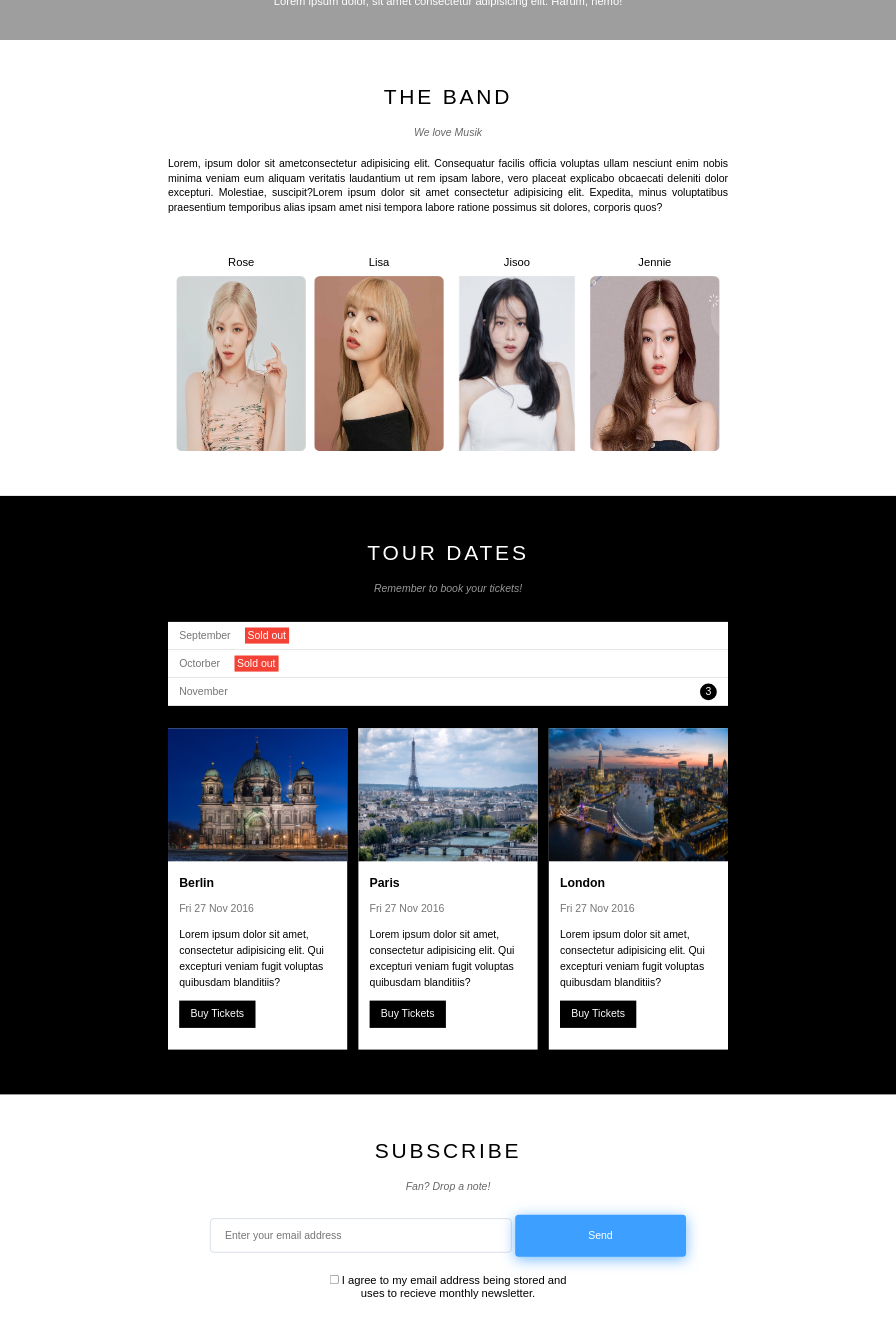
Repository: AiTrinh303/First-Project
Page: /
The author's editor kept a copy of each file at every save. The page is drawn from the files as they stood at one save, then again after the next save.
The browser window is 1280 px wide. The pictures show the part of the page from y = 629 to 2549 px (the page is 2549 px tall before and 2544 px after), at 70% of full size.
Pictures or frames that could not be fetched are drawn as grey boxes. The project was rebuilt for these pictures with package versions that can differ from the ones it lists, and the page was loaded fresh each time.

Above is the page before, as saved 2024-01-23 10:14:44.

After the next save:
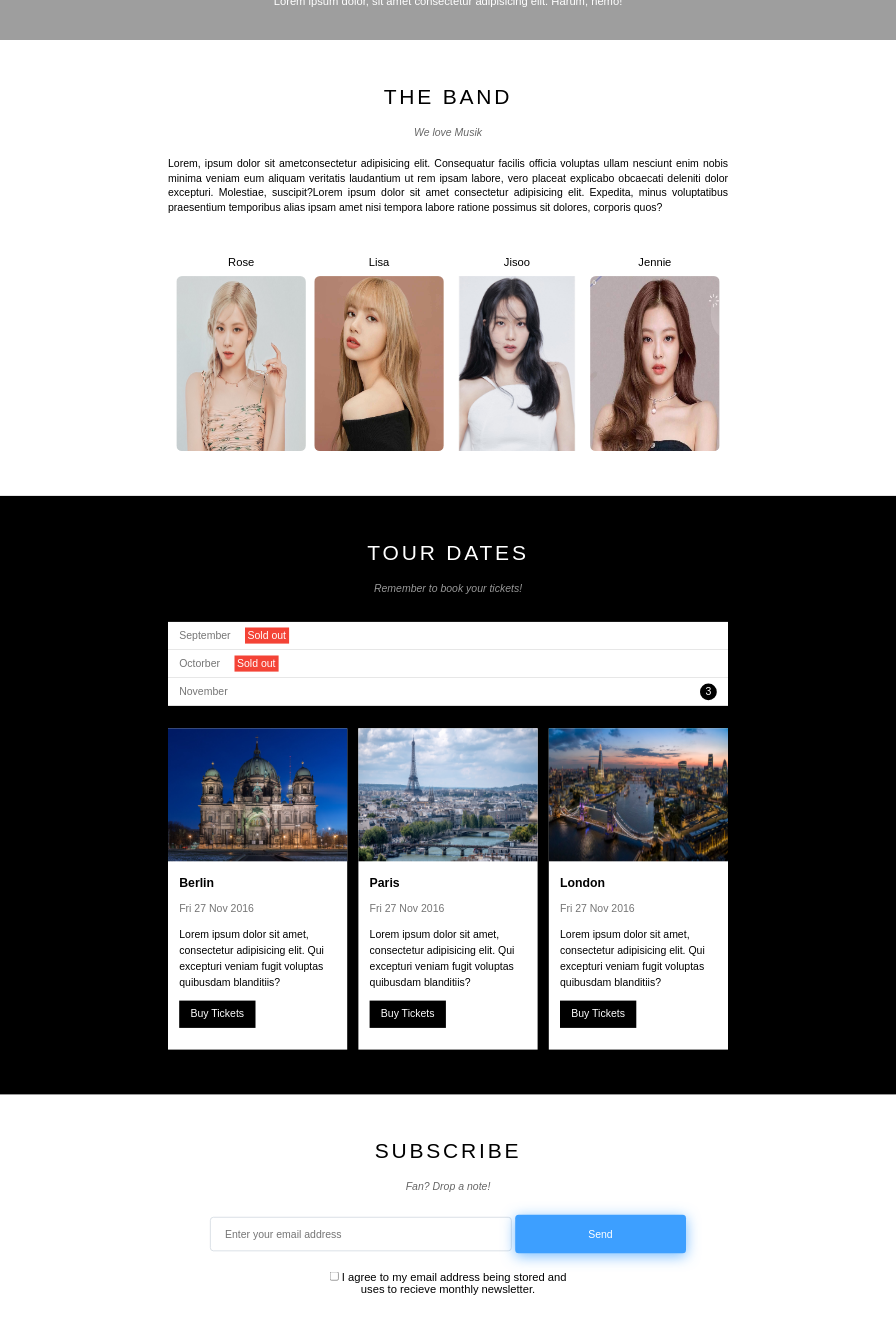
Saved 4 s later.
--- a/src/styles/main.css
+++ b/src/styles/main.css
@@ -299,7 +299,7 @@
 padding: 5px;
 border: none;
 width: 244px;
-height: 60px;
+height: 55px;
 border-radius: 5px;
 font-size: 15px;
 color: white;
